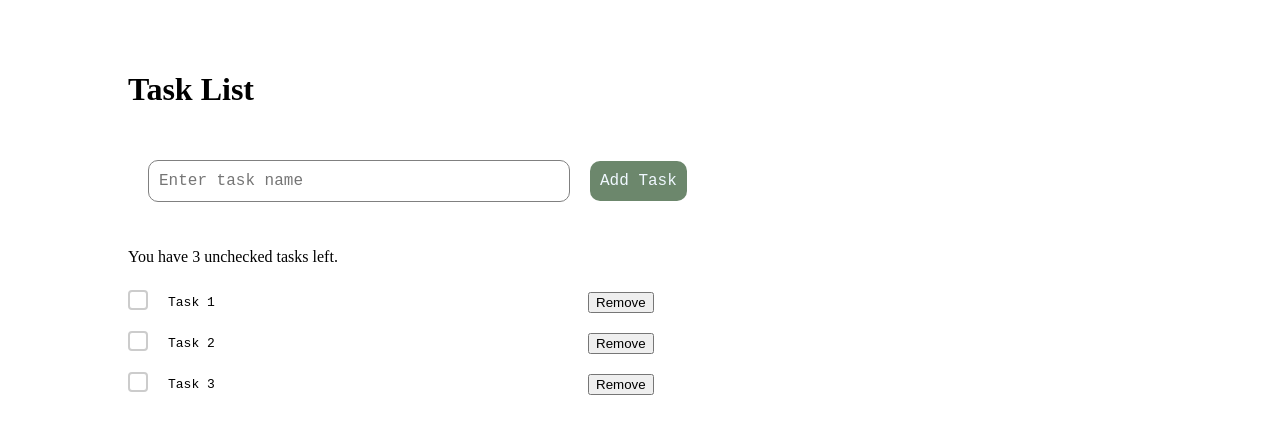
Repository: SandyLy453/task-list
Page: /
An editor plug-in stored every save of this project. The page is shown before and after the next save, followed by the edit.
The browser window is 1280 px wide. The pictures show the whole page.
The project was rebuilt for these pictures with package versions that can differ from the ones it lists, and the page was loaded fresh each time. Also part of the build but not shown: vite.config.js.

Above is the page before, as saved 2024-10-11 15:35:59.

### src/App.jsx
import { useState } from 'react';
import Task from './components/Task';
import TaskForm from './components/TaskForm';

function App() {
  const [tasks, setTasks] = useState([
    { name: 'Task 1', checked: false },
    { name: 'Task 2', checked: false },
    { name: 'Task 3', checked: false }
  ]);

  // Function to calculate the number of unchecked tasks
  const getUncheckedCount = () => {
    return tasks.filter((task) => !task.checked).length;
  };

  // Function to add a new task
  const addTask = (taskName) => {
    setTasks([...tasks, { name: taskName, checked: false }]); // New tasks are unchecked by default
  };

  // Function to remove a task
  const removeTask = (taskName) => {
    setTasks(tasks.filter((task) => task.name !== taskName));
  };

  // Function to toggle the task status
  const toggleTaskStatus = (taskName) => {
    const updatedTasks = tasks.map((task) =>
      task.name === taskName ? { ...task, checked: !task.checked } : task
    );
    setTasks(updatedTasks); // Update the task's checked status in the parent state
  };

  return (
    <>
      <div className="container">
        <h1>Task List</h1>
        <TaskForm addTask={addTask} />
        <p>You have {getUncheckedCount()} unchecked tasks left.</p>
        <div>
          {tasks.map((task, index) => (
            <Task
              key={index}
              name={task.name}
              checked={task.checked}
              toggleTaskStatus={toggleTaskStatus}
              removeTask={removeTask}
            />
          ))}
        </div>
      </div>
    </>
  );
}

export default App;

### src/index.css
.container {
  padding: 20px;
  margin: 30px 100px;
}

.inputBox {
  padding: 10px 0 10px 0;
}

.input {
  height: 20px;
  width: 400px;
  padding: 10px;
  font-size: 16px;
  font-family: monospace;
  margin: 20px;
  border-radius: 10px;
  border: 1px solid gray;
}

.sm-btn{
  height: 40px;
  padding: 10px;
  font-size: 16px;
  font-family: monospace;
  background-color: rgb(108, 135, 108);
  color: aliceblue;
  border: none;
  border-radius: 10px;
}

.sm-btn:hover {
  background-color: rgb(84, 103, 84);
}

.task {
  display: flex;
  flex-direction: row;
  align-items: center;
  gap: 20px;
}

.checkBox {
  width: 20px;
  height: 20px;
  appearance: none;
  background-color: white;
  border: 2px solid #ccc;
  border-radius: 4px;
  cursor: pointer;
  position: relative;
  margin: 6px 0;
}

.checkBox:checked {
  background-color: rgb(108, 135, 108);
}

.checkBox:checked::after {
  content: "";
  display: block;
  width: 4px;
  height: 10px;
  border: solid white;
  border-width: 0 2px 2px 0;
  transform: rotate(45deg);
  position: absolute;
  top: 0px;
  left: 5px;
}

.content {
  width: 400px;
  display: flex;
  word-wrap: normal;
  font-family: monospace;

}

### src/components/Task.jsx
import { useRef, useEffect } from "react";

export default function Task({ name, checked, removeTask, toggleTaskStatus }) {
  const checkboxRef = useRef(null);
  const taskNameRef = useRef(null);

  useEffect(() => {
    const checkbox = checkboxRef.current;
    const crossText = taskNameRef.current;

    // Handle the initial checked state
    if (checked) {
      checkbox.checked = true;
      crossText.style.textDecoration = "line-through";
    } else {
      checkbox.checked = false;
      crossText.style.textDecoration = "none";
    }

    const handleCheckBoxChange = () => {
      toggleTaskStatus(name);
    };

    checkbox.addEventListener("change", handleCheckBoxChange);

    return () => {
      checkbox.removeEventListener("change", handleCheckBoxChange);
    };
  }, [name, checked, toggleTaskStatus]);

  return (
    <>
      <div className="task">
        <label>
          <input type="checkbox" ref={checkboxRef} className="checkBox"/>
        </label>
        <p ref={taskNameRef} className="content">{name}</p>
        <button className="task-delete" onClick={() => removeTask(name)}>
          Remove
        </button>
      </div>
    </>
  );
}

### src/components/TaskForm.jsx
import { useState } from "react";

export default function TaskForm({ addTask }) {
  const [inputValue, setInputValue] = useState("");

  const handleSubmit = (e) => {
    e.preventDefault();
    if (inputValue.trim() !== "") {
      addTask(inputValue);
      setInputValue(""); // clear the input
    }
  };

  return (
    <form onSubmit={handleSubmit} className="inputBox">
      <input
        type="text"
        value={inputValue}
        onChange={(e) => setInputValue(e.target.value)}
        placeholder="Enter task name"
        className="input"
      />
      <button type="submit" className="sm-btn">Add Task</button>
    </form>
  );
}

Loaded but not shown: index.html (common file); src/main.jsx (common file)

After the next save:
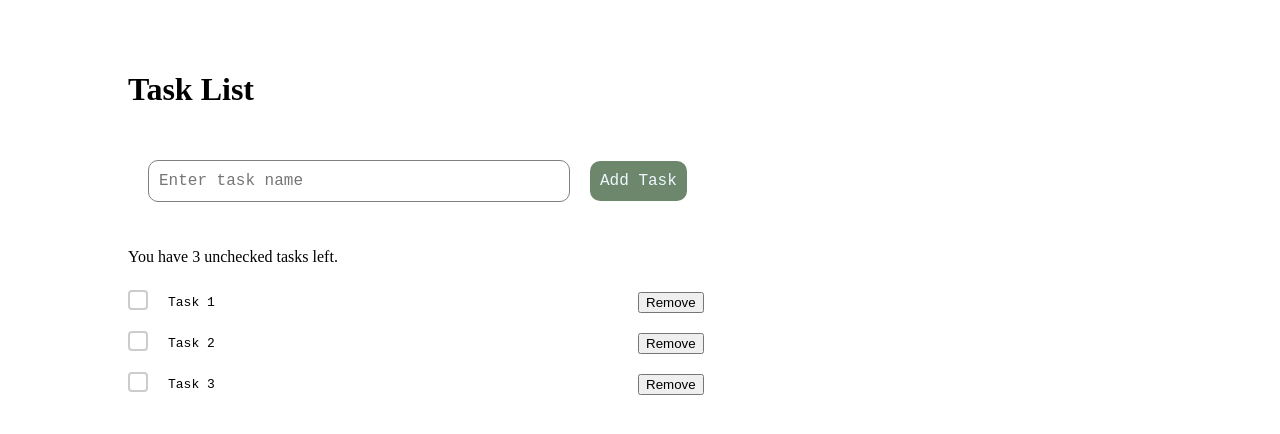
Saved 7 s later.
--- a/src/index.css
+++ b/src/index.css
@@ -70,7 +70,7 @@
 }
 
 .content {
-  width: 400px;
+  width: 450px;
   display: flex;
   word-wrap: normal;
   font-family: monospace;
